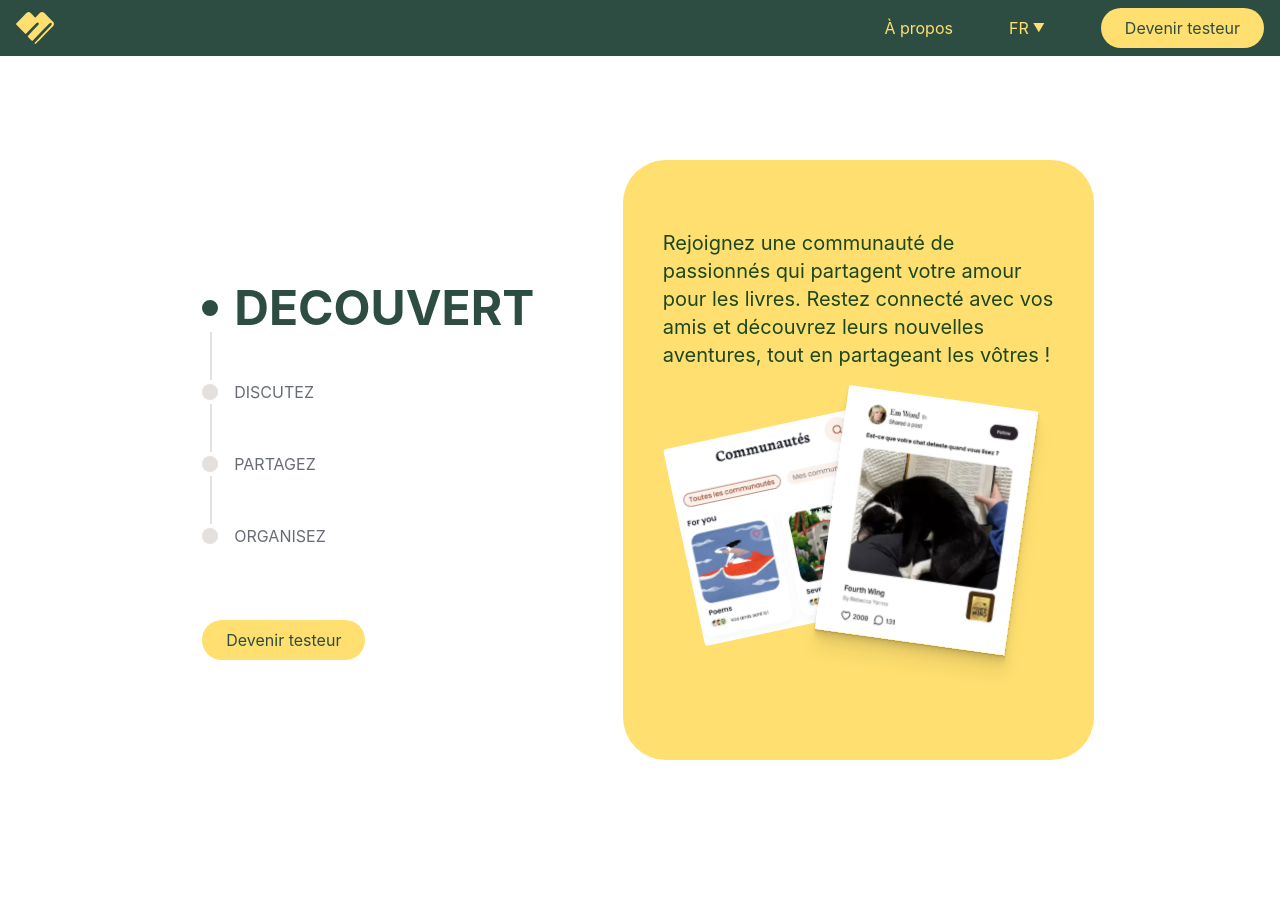
Repository: enas-elm/bookish-landing
Page: /
An editor plug-in stored every save of this project. The page is shown before and after the next save, followed by the edit.
The browser window is 1280 px wide. The pictures show the whole page.
The project was rebuilt for these pictures with package versions that can differ from the ones it lists, and the page was loaded fresh each time.

Above is the page before, as saved 2024-09-12 13:44:40.

### src/index.css
@tailwind base;
@tailwind components;
@tailwind utilities;

body {
  margin: 0;
  font-family: -apple-system, BlinkMacSystemFont, 'Segoe UI', 'Roboto', 'Oxygen',
    'Ubuntu', 'Cantarell', 'Fira Sans', 'Droid Sans', 'Helvetica Neue',
    sans-serif;
  -webkit-font-smoothing: antialiased;
  -moz-osx-font-smoothing: grayscale;
}

code {
  font-family: source-code-pro, Menlo, Monaco, Consolas, 'Courier New',
    monospace;
}

@layer base {
  @font-face {
      font-family: 'DM Sans Italic';
      src: url('../public/font/DMSans-VariableFont_opsz,wght.ttf') format('truetype');
      font-weight: 100 900;
       font-style: italic;
  }
  @font-face {
        font-family: "Passion One";
        src: url('../public/font/PassionOne-Regular.ttf') format('truetype');
        font-weight: normal;
        font-style: normal;
    }
    @font-face {
            font-family: "DM Display";
            src: url('../public/font/DMSerifDisplay-Regular.ttf') format('truetype');
            font-weight: normal;
            font-style: normal;
        }
    @font-face {
                font-family: "Inter";
                src: url('../public/font/Inter-VariableFont_opsz,wght.ttf') format('truetype');
                font-weight: 700;
            }
    @font-face {
        font-family: 'Neuton';
        src: url('../public/font/Neuton-Regular.ttf') format('truetype');
        font-weight: 100 900;
        font-style: normal;
      }
}

### src/App.js
import "./App.css";
import Navbar from "./components/Navbar";
import "./index.css";
import TimeLine from "./components/TimeLine";

function App() {
  return (
    <div className="App">
      <header className="header">
        <Navbar />
      </header>
      <TimeLine />
    </div>
  );
}

export default App;

### src/components/Navbar.js
import React, { useState, useRef, useEffect } from 'react'

const Navbar = () => {
  const [language, setLanguage] = useState('FR')
  const [dropdownOpen, setDropdownOpen] = useState(false)
  const dropdownRef = useRef(null)

  const toggleDropdown = () => {
    setDropdownOpen(!dropdownOpen)
  };

  const selectLanguage = (lang) => {
    setLanguage(lang)
    setDropdownOpen(false)
  };

  useEffect(() => {
    const handleClickOutside = (event) => {
      if (dropdownRef.current && !dropdownRef.current.contains(event.target)) {
        setDropdownOpen(false)
      }
    };
    document.addEventListener('mousedown', handleClickOutside)
    return () => {
      document.removeEventListener('mousedown', handleClickOutside)
    };
  }, [])

  return (
    <nav className="w-full bg-green px-4 py-2 flex justify-between items-center fixed top-0 left-0 z-50">
      <div className="flex-shrink-0">
        <img src="/Vector-jaune.svg" alt="Bookish" className="h-8" />
      </div>

      <div className="flex items-center gap-5 justify-end space-x-6">
        <a href="/about" className="hover:underline text-yellow">
          À propos
        </a>
        <div className="relative" ref={dropdownRef}>
          <button
            className="bg-transparent text-yellow px-3 py-1 focus:outline-none flex items-center gap-1"
            onClick={toggleDropdown}
          >
            {language} <span className="text-xs">▼</span>
          </button>

          {dropdownOpen && (
            <div className="absolute right-0 mt-2 py-2 w-32 bg-white text-black rounded-md shadow-lg z-10">
              <button
                className={`block w-full text-left px-4 py-2 hover:bg-gris ${language === 'EN' ? 'bg-gris' : ''}`}
                onClick={() => selectLanguage('EN')}
              >
                EN
              </button>
              <button
                className={`block w-full text-left px-4 py-2 hover:bg-gris ${language === 'FR' ? 'bg-gris' : ''}`}
                onClick={() => selectLanguage('FR')}
              >
                FR
              </button>
            </div>
          )}
        </div>

        <button className="bg-yellow text-green px-6 py-2 rounded-full hover:bg-[#F6E96B]">
          Devenir testeur
        </button>
      </div>
    </nav>
  )
}

export default Navbar

### src/components/TimeLine.js
import React, { useState, useEffect, useRef } from "react";
import { gsap } from "gsap";

const menuItems = [
  {
    id: 1,
    label: "DECOUVERT",
    description:
      "Rejoignez une communauté de passionnés qui partagent votre amour pour les livres. Restez connecté avec vos amis et découvrez leurs nouvelles aventures, tout en partageant les vôtres !",
    color: "#FEDF6F",
    imageUrl: "/decouvrez.svg",
    colorText: "#1C471F",
  },
  {
    id: 2,
    label: "DISCUTEZ",
    description:
      "Rejoignez des clubs ou partagez des messages avec d'autres fans de livres ou d'autres passionnés.",
    color: "#8EBDAF",
    imageUrl: "/discutez.svg",
    colorText: "#FFFFFF",
  },
  {
    id: 3,
    label: "PARTAGEZ",
    description:
      "Partagez vos listes de lecture avec une communauté de lecteurs tout aussi curieux que vous. Donnez votre avis sur les livres qui vous ont marqué ou déçu, et inspirez les autres à découvrir de nouvelles histoires.",
    color: "#FEDF6F",
    imageUrl: "/Screenshot-1.png",
    colorText: "#1C471F",
  },
  {
    id: 4,
    label: "ORGANISEZ",
    description:
      "Organisez vos lectures en créant des listes personnalisées qui vous ressemblent. Rejoignez des clubs de lecture pour échanger et découvrir de nouveaux horizons littéraires avec d'autres passionnés.",
    color: "#55917E",
    imageUrl: "/Screenshot-2.png",
    colorText: "#FFFFFF",
  },
];

function TimelineMenu() {
  const [selectedItem, setSelectedItem] = useState(menuItems[0]);
  const imageRef = useRef(null);

  const handleClick = (item) => {
    // Animation de transition de l'image (déplacement de droite à gauche)
    gsap.fromTo(
      imageRef.current,
      { x: 300, opacity: 0 }, // L'image commence à droite et est invisible
      { x: 0, opacity: 1, duration: 1 } // Elle se déplace à sa position d'origine avec une durée d'une seconde
    );
    setSelectedItem(item);
  };

  useEffect(() => {
    // Animation d'entrée initiale lorsque le composant est monté
    gsap.fromTo(
      imageRef.current,
      { x: 300, opacity: 0 },
      { x: 0, opacity: 1, duration: 1 }
    );
  }, []);

  return (
    <div className="p-40 overflow-hidden lg:flex lg:flex-row lg:justify-around lg:items-center">
      {/* Menu Items */}
      <div className="w-96 h-96 flex flex-col items-start p-4">
        {menuItems.map((item, index) => (
          <div key={item.id} className="flex flex-col items-start">
            {/* Timeline Item */}
            <div
              onClick={() => handleClick(item)}
              className={`flex items-center cursor-pointer transition-colors mb-4 ${
                selectedItem?.id === item.id ? "text-green " : "text-gray-700"
              }`}
            >
              <div
                className={`w-4 h-4 rounded-full border-2 mr-4 transition-colors ${
                  selectedItem?.id === item.id
                    ? "bg-green"
                    : "bg-gris border-gris"
                }`}
              ></div>
              <span
                className={`transition-transform duration-300 text-3xl ${
                  selectedItem?.id === item.id
                    ? "text-5xl font-bold "
                    : "text-base text-noirClair text-4xl"
                }`}
              >
                {item.label}
              </span>
            </div>
            {/* Vertical Line */}
            {index < menuItems.length - 1 && (
              <div
                className={`h-12 bg-gris -mt-4 border-gris border-l-2 ml-2 transition-colors ${
                  selectedItem?.id === item.id
                    ? "border-blue-500"
                    : "border-gray-400"
                }`}
              ></div>
            )}
          </div>
        ))}
        <button className="bg-yellow text-green px-6 py-2 mt-14 rounded-full hover:bg-yellow-500 hover:scale-105 hover:shadow-lg transition transform duration-300 ease-in-out">
          Devenir testeur
        </button>
      </div>

      {/* Details Section */}
      <div
        ref={imageRef}
        className="w-471 h-611 flex  flex-col justify-center items-center p-10 rounded-[43px]"
        style={{
          backgroundColor: selectedItem ? selectedItem.color : "#ffffff",
        }}
      >
        {selectedItem ? (
          <>
            <p
              className="text-xl text-left"
              style={{
                color: selectedItem ? selectedItem.colorText : "#ffffff",
              }}
            >
              {selectedItem.description}
            </p>
            <img
              // Référence pour l'animation de l'image
              src={selectedItem.imageUrl}
              alt={selectedItem.label}
              className="mt-4"
            />
          </>
        ) : (
          <p>Bonjour</p>
        )}
      </div>
    </div>
  );
}

export default TimelineMenu;

### tailwind.config.js
/** @type {import('tailwindcss').Config} */
module.exports = {
  content: ["./src/**/*.{js,jsx,ts,tsx}"],
  theme: {
    colors: {
      green: "#2D4D43",
      greenlight: "#8EBDAF",
      white: "#FAFAFA",
      beige: "#D8CCB5",
      black: "#131313",
      gris: "#E4E0DE",
      "gris-foncé": "#1B1E28",
      yellow: "#FEDF6F",
      noirClair: "#686C74",
    },

    fontFamily: {
      "dm-sans-italic": ['"DM Sans Italic"', "sans-serif"],
      "passion-one": ["PassionOne-Regular"],
      "dm-display": ["DMSerifDisplay-Regular"],
      inter: ["Inter"],
    },
    extend: {
      width: {
        471: "471px",
      },
      height: {
        611: "600px",
      },
    },
  },
  plugins: [],
};

Loaded but not shown: public/index.html (common file); src/index.js (common file); src/reportWebVitals.js (common file); src/App.css (common file)

After the next save:
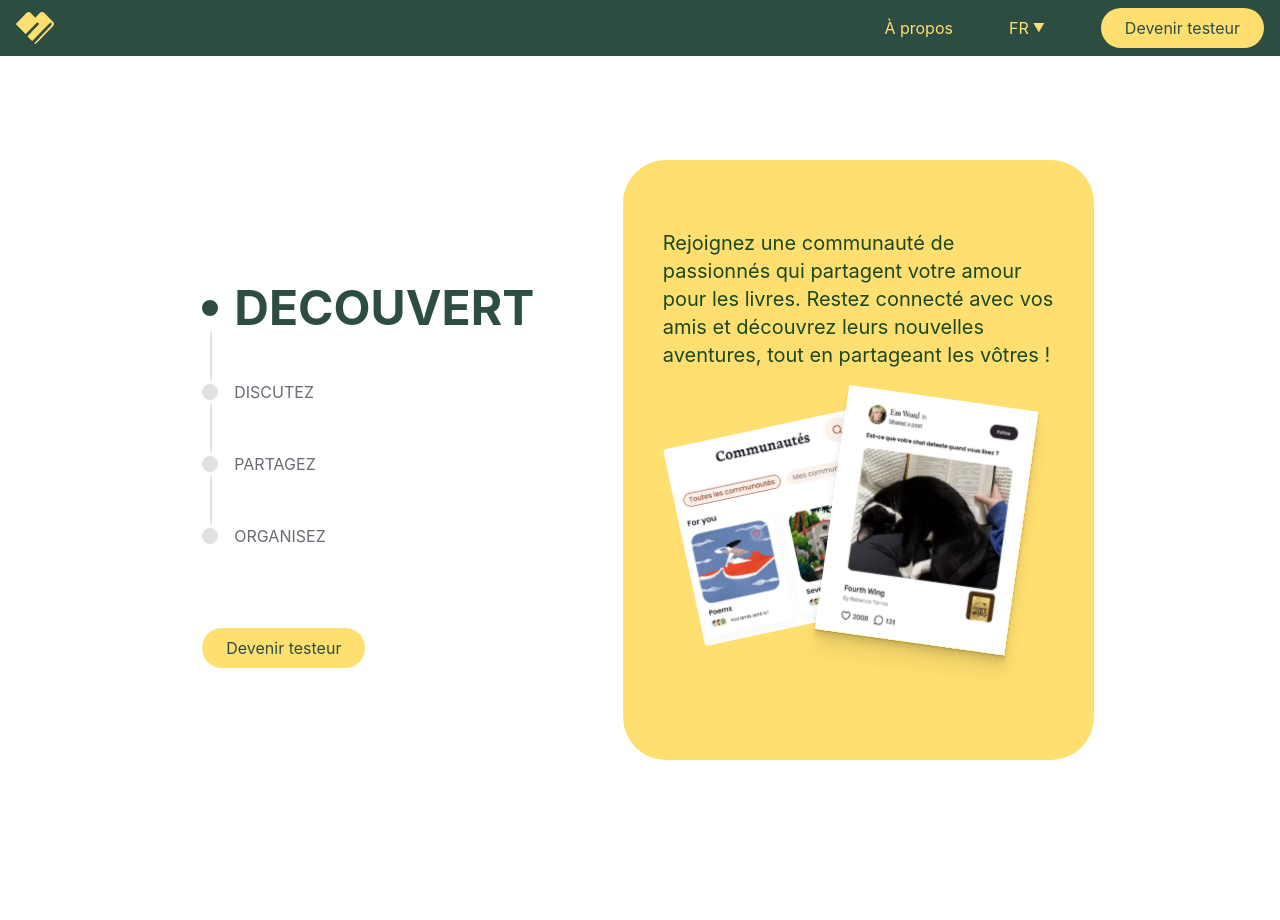
Saved 20 s later.
--- a/src/components/TimeLine.js
+++ b/src/components/TimeLine.js
@@ -105,7 +105,7 @@ function TimelineMenu() {
             )}
           </div>
         ))}
-        <button className="bg-yellow text-green px-6 py-2 mt-14 rounded-full hover:bg-yellow-500 hover:scale-105 hover:shadow-lg transition transform duration-300 ease-in-out">
+        <button className="bg-yellow text-green px-6 py-2 mt-16 rounded-full hover:bg-yellow-500 hover:scale-105 hover:shadow-lg transition transform duration-300 ease-in-out">
           Devenir testeur
         </button>
       </div>
